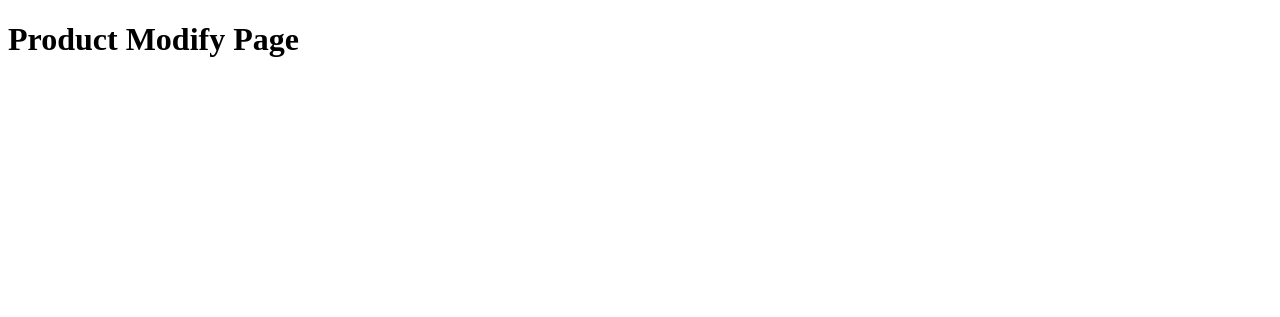
Repository: donghoonshin96/20230601
Page: http://localhost/jsp_study/modify.jsp
The author's editor kept a copy of each file at every save. The page is drawn from the files as they stood at one save, then again after the next save.
The browser window is 1280 px wide. The pictures show the whole page.
The page is served by Tomcat 9.

Above is the page before, as saved 2023-05-11 05:42:16.

After the next save:
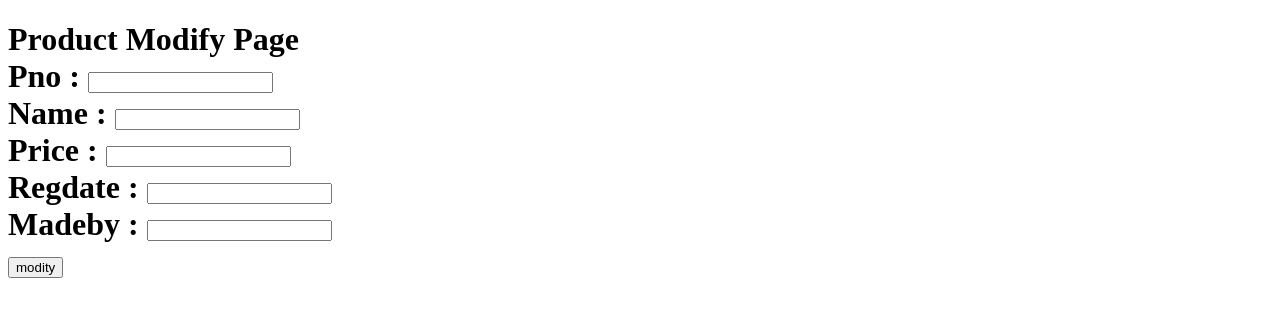
Saved 109 s later.
--- a/jsp_project1/jsp_study/src/main/webapp/modify.jsp
+++ b/jsp_project1/jsp_study/src/main/webapp/modify.jsp
@@ -8,6 +8,15 @@
 <title>상품수정 페이지</title>
 </head>
 <body>
-<h1>Product Modify Page</h1>
+<h1>Product Modify Page
+<form action="/modify.pd" method="post">
+        Pno : <input type="text" name="pno"><br>
+        Name : <input type="text" name="pname"><br>
+        Price : <input type="text" name="price"><br>
+        Regdate : <input type="text" name="madeby"><br>
+        Madeby : <input type="text" name="madeby"><br>
+
+        <button type="submit">modity</button>
+    </form></h1>
 </body>
 </html>
